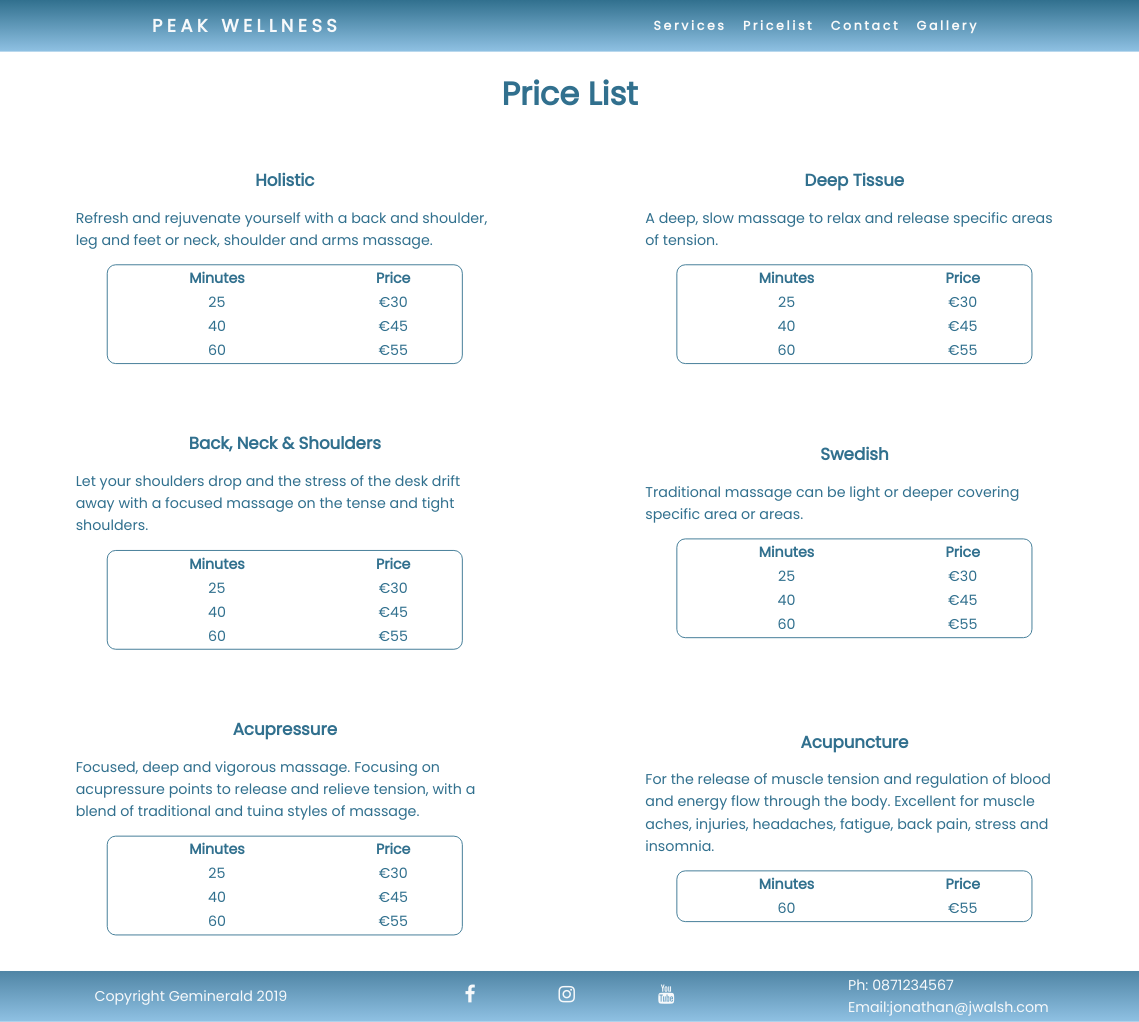
Repository: geminerald/peakwellness
Page: prices.html
The author's editor kept a record of every edit. The page is drawn from the files as they stood at one moment, then again after the next edit.
The browser window is 1280 px wide. The pictures show the whole page, at 89% of full size.

Above is the page before.

After the next edit:
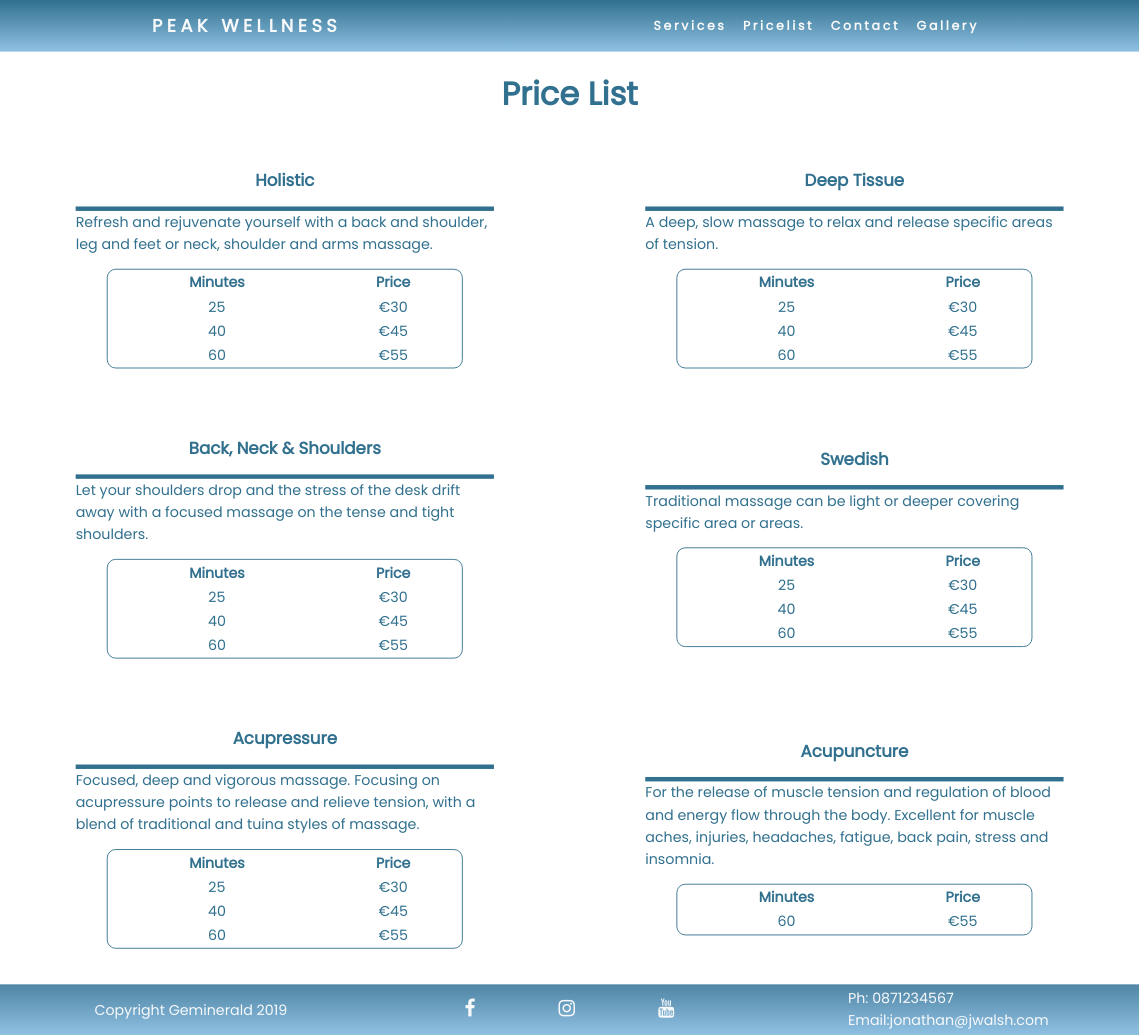
The edit:
--- a/assets/style.css
+++ b/assets/style.css
@@ -67,6 +67,7 @@
 
 .price-option p {
     margin: 15px;
+    border-top:5px solid #31708e;
 }
 
 table {
